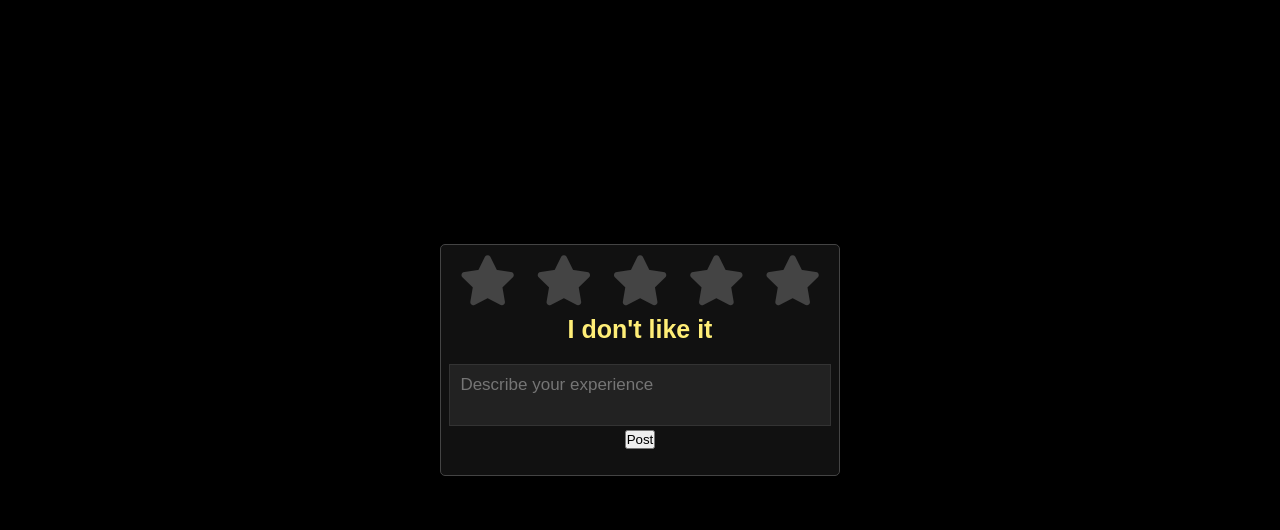
Repository: Suryansh-D/Star-Ratings
Page: index.html
The author's editor kept a copy of each file at every save. The page is drawn from the files as they stood at one save, then again after a run of saves.
The browser window is 1280 px wide. The pictures show the whole page.

Above is the page before, as saved 2024-02-03 10:02:47.

After the next 3 saves:
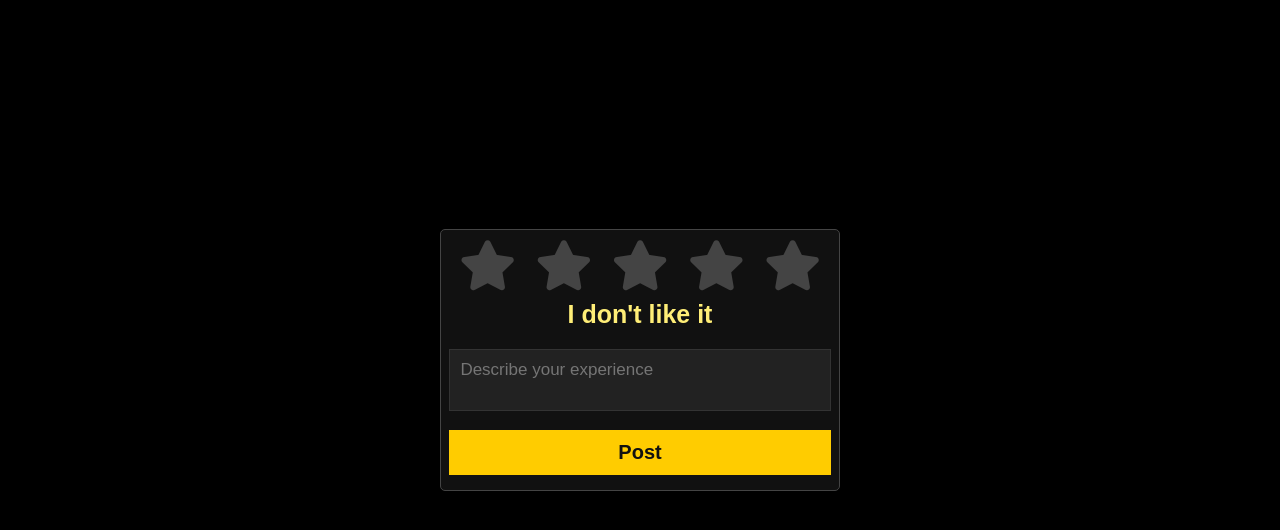
The 3 saves are shown as one change because they came seconds apart.
The last was saved 10 s later.
--- a/style.css
+++ b/style.css
@@ -76,5 +76,17 @@ form .textarea textarea{
 form .btn{
   height: 45px;
   width: 100%;
-  margin: ;
+  margin: 15px 0;
 }
+form .btn button{
+    width: 100%;
+    height: 100%;
+    border: none;
+    outline: none;
+    background: #ffcc00;
+    color: #111;
+    font-size: 20px;
+    font-weight: 700;
+    cursor: pointer;
+    transition: all 0.2s ease;
+}
